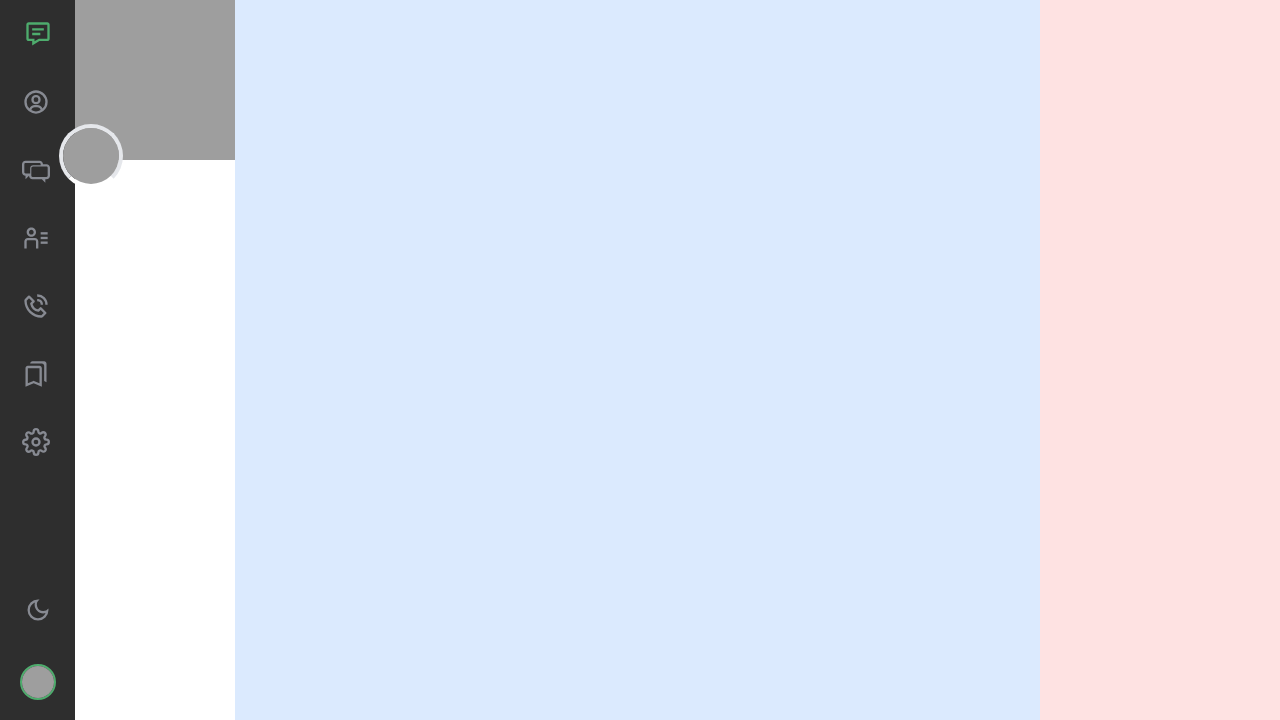
Repository: satya-ranjon/Chat-app
Page: /
The author's editor kept a copy of each file at every save. The page is drawn from the files as they stood at one save, then again after the next save.
The browser window is 1280 px wide. The pictures show the whole page.
Pictures or frames that could not be fetched are drawn as grey boxes. The project was rebuilt for these pictures with package versions that can differ from the ones it lists, and the page was loaded fresh each time.

Above is the page before, as saved 2022-03-31 03:27:14.

After the next save:
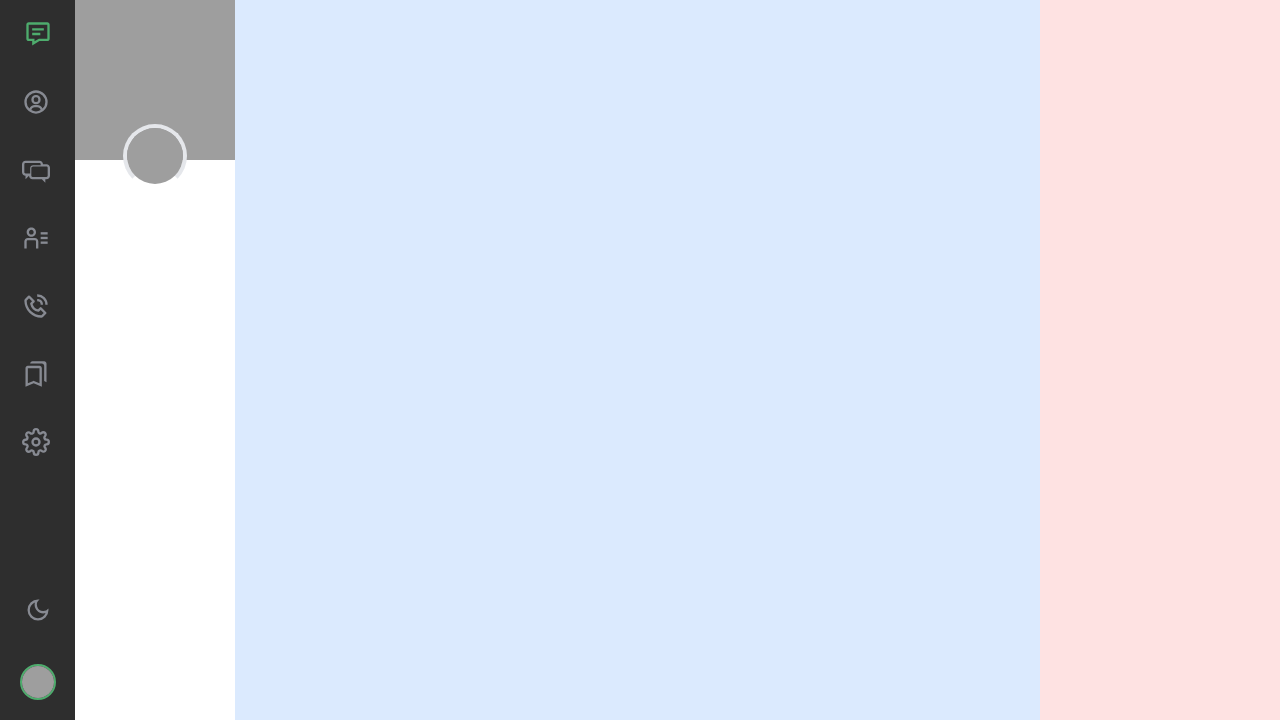
Saved 19 s later.
--- a/src/components/MyProfile/MyProfile.jsx
+++ b/src/components/MyProfile/MyProfile.jsx
@@ -5,10 +5,10 @@ const Image =
 
 export default function MyProfile() {
   return (
-    <div className="w-72 h-screen xl:w-40 ">
+    <div className="w-72 h-screen sm:w-40 ">
       <div className="relative">
         <img src={Image} alt={Image} className="w-full h-40" />
-        <UserImage className="w-16 h-16 rounded-full absolute  -bottom-7 right-28  border-4 border-b-white" />
+        <UserImage className="w-16 h-16 rounded-full absolute  -bottom-7 right-28 sm:right-12  border-4 border-b-white" />
       </div>
     </div>
   );
